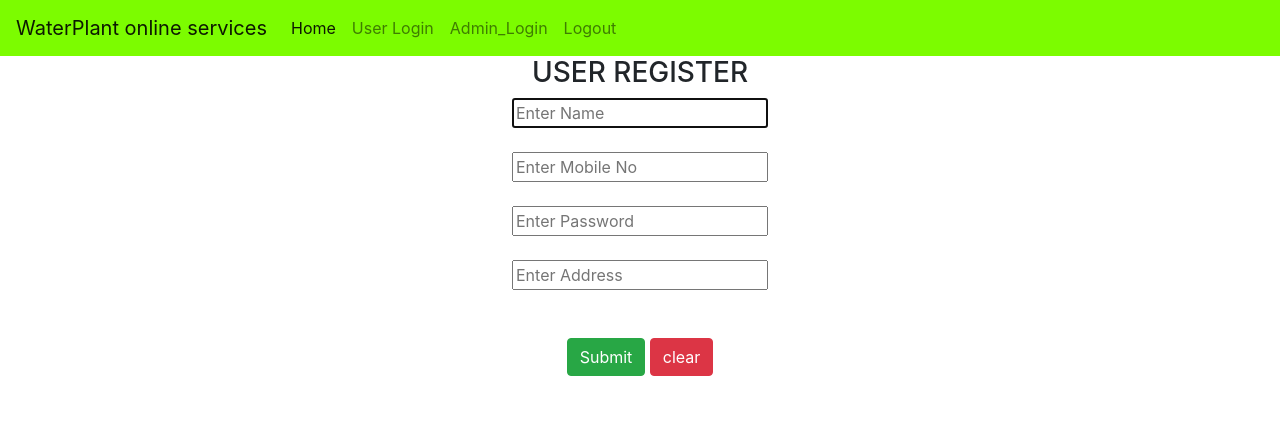
Repository: SHARMILAG97/WebApplication
Page: http://localhost/waterplant_web/userregister.jsp
An editor plug-in stored every save of this project. The page is shown before and after the next save, followed by the edit.
The browser window is 1280 px wide. The pictures show the whole page.
The page is served by Tomcat 9. Other server files are loaded and not shown.

Above is the page before, as saved 2019-09-18 09:19:39.
Console error: TypeError: Cannot read properties of undefined (reading 'fn')

### waterplant_web/src/main/webapp/userregister.jsp
<%@ page language="java" contentType="text/html; charset=ISO-8859-1"
    pageEncoding="ISO-8859-1"%>
<!DOCTYPE html>
<html>
<head>
<meta charset="ISO-8859-1">
<title>UserRegister</title>
<link rel="stylesheet" href="css/bootstrap.min.css">
<script src="js/bootstrap.min.js"></script>
<script src="js/jquery-3.4.1.min.js"></script>


<style type="text/css">
   label{
  width: 100px;
  display: inline-block;
  text-align: right;
   }
</style>



</head>


<body style="text-align:center">

<jsp:include page="headers.jsp"></jsp:include>
<%
String message = request.getParameter("message");
if (message != null){
	out.println("<font color='red'>" + message + "</font>");
}
%>

<script>

function register() {
    //alert('register');
    event.preventDefault();
    var name = document.getElementById("name").value;
    var mobileno = document.getElementById("mobileno").value;
    var password = document.getElementById("password").value;
    var address = document.getElementById("address").value;
    var formData = "name="+name+ "&mobileno=" + mobileno + "&password=" + password+ "&address="+address;
    console.log(formData);

    var url = "http://localhost:8080/waterplant_web/RegisterServlet?" + formData;
    console.log(url);
    var formData = {};
    $.get(url, function(response) {
        console.log(response);
        alert(response);
        var msg=JSON.parse(response);
       // alert(msg.errorMessage);
        if (msg.errorMessage!=null) {
            alert("Invalid Values");
            window.location.href = "userregister.jsp";
        } else {
            alert("successful Register");
            window.location.href = "userlogin.jsp";
        }
    });
}


</script>
<h3>USER REGISTER</h3>

<form onsubmit="register()">

<input type="text" name="name" id="name" placeholder="Enter Name" required autofocus/>
<br/></br>


<input type="number" name="mobileno" id="mobileno" placeholder="Enter Mobile No" required />
<br/></br>


<!--<input type="password" name="password" id="password" placeholder="Enter Password" required />  -->
<input type="password" name="password" id="password" placeholder="Enter Password" required
 pattern="(?=.*\d)(?=.*[a-z])(?=.*[A-Z]).{8,}"
 title="Must contain at least one number and one uppercase and lowercase letter, and at least 8 or more characters required "/>
<br/></br>

<input type="text" name="address" id="address" placeholder="Enter Address" required />
<br/></br></br>
<input type="submit" value="Submit" class="btn btn-success">
<button type="reset" class="btn btn-danger" value="clear">clear</button>
</form>

</body>
</html>

### waterplant_web/src/main/webapp/headers.jsp

<nav class="navbar navbar-expand-md navbar-light" style="background-color: #7CFC00;">
 <a class="navbar-brand" href="index.jsp">WaterPlant online services</a>
 <button class="navbar-toggler" type="button" data-toggle="collapse" data-target="#navbarCollapse" aria-controls="navbarCollapse" aria-expanded="false" aria-label="Toggle navigation">
   <span class="navbar-toggler-icon"></span>
 </button>
 <div class="collapse navbar-collapse" id="navbarCollapse">
   <ul class="navbar-nav mr-auto">
     <li class="nav-item active">
       <a class="nav-link" href="index.jsp">Home</a>
     </li>

     <li class="nav-item">
       <a class="nav-link " href="userlogin.jsp">User Login</a>
     </li>
     <li class="nav-item">
       <a class="nav-link " href="adminlogin.jsp">Admin_Login</a>
     </li>
      <li class="nav-item">
       <a class="nav-link " href="index.jsp">Logout</a>
     </li>

   </ul>
 <!--   <form class="form-inline mt-2 mt-md-0">
   <input class="form-control mr-sm-2" type="text" placeholder="Search" aria-label="Search">
     <button class="btn btn-outline-success my-2 my-sm-0" type="submit">Search</button>
   </form>-->
 </div>
</nav>

Loaded but not shown: waterplant_web/src/main/webapp/css/bootstrap.min.css (library); waterplant_web/src/main/webapp/js/bootstrap.min.js (library); waterplant_web/src/main/webapp/js/jquery-3.4.1.min.js (library)

After the next save:
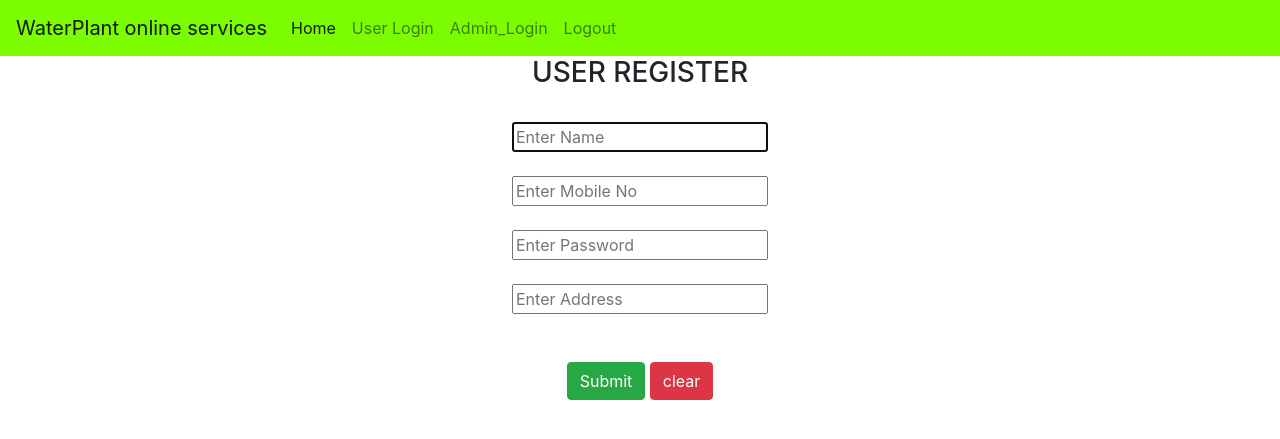
Saved 20 s later.
--- a/waterplant_web/src/main/webapp/userregister.jsp
+++ b/waterplant_web/src/main/webapp/userregister.jsp
@@ -65,7 +65,7 @@ function register() {
 
 
 </script>
-<h3>USER REGISTER</h3>
+<h3>USER REGISTER</h3></br>
 
 <form onsubmit="register()">
 
